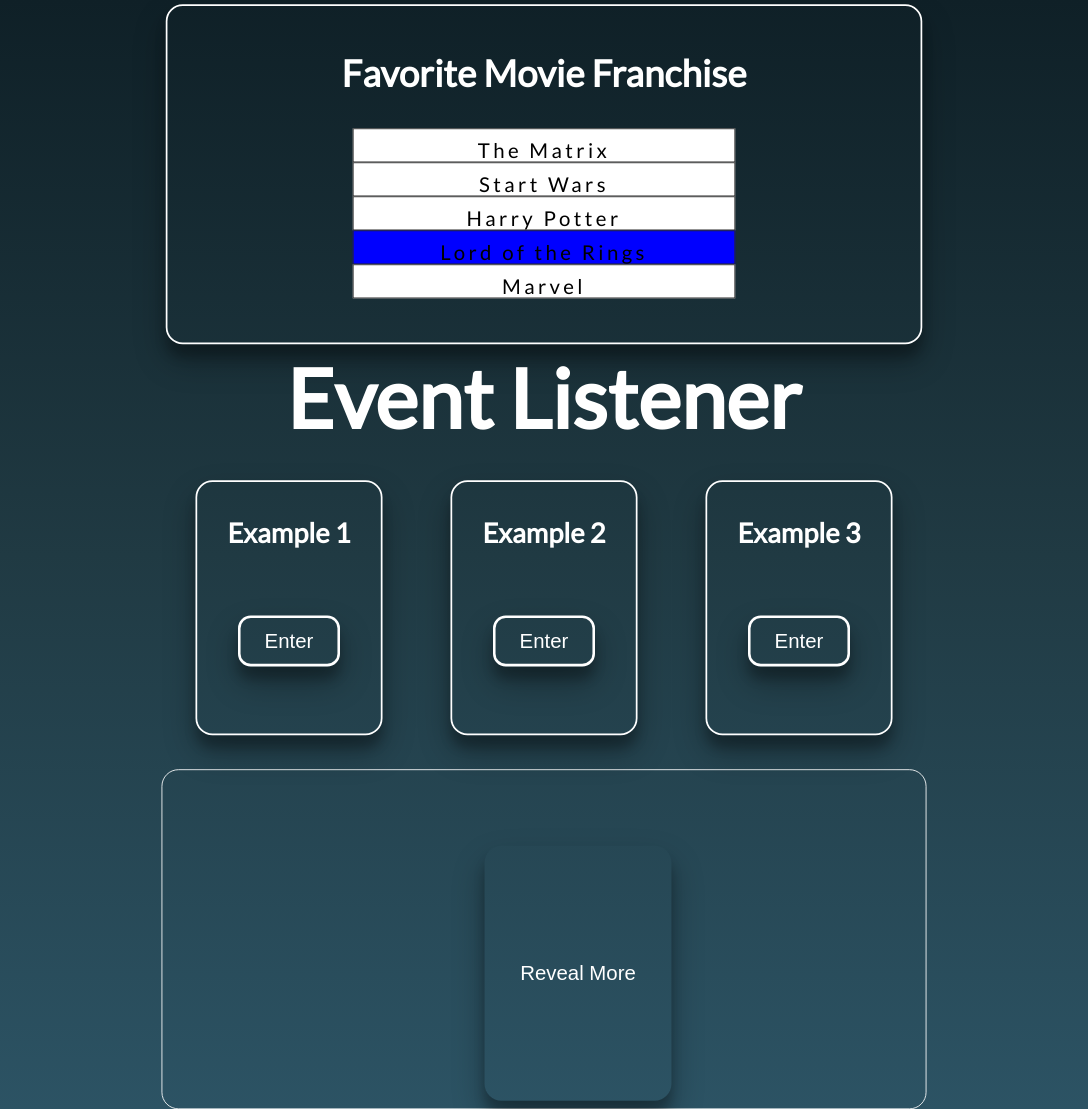
Repository: Ellisvelandia/DOM-Manipulation
Page: index.html
These files come from the project's save history. The page is drawn as it stood at one moment and after a run of saves; the edit follows.
The browser window is 1280 px wide. The pictures show the whole page, at 85% of full size.

Above is the page before, as saved 2022-08-22 19:42:46.

After the next 4 saves:
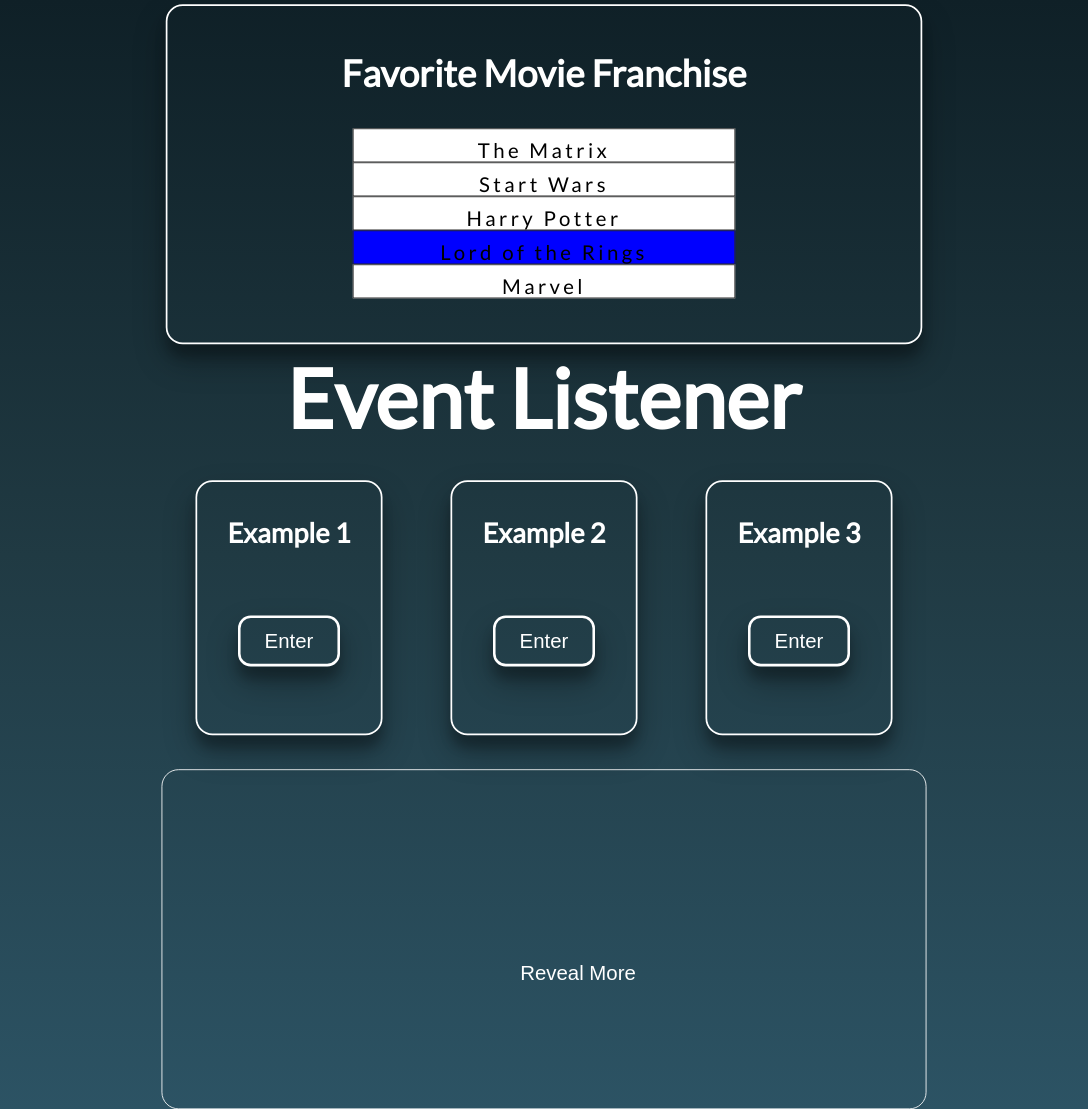
The 4 saves are shown as one change because they came seconds apart.
The last was saved 11 s later.
--- a/style.css
+++ b/style.css
@@ -134,5 +134,5 @@
 
 .reveal-btn {
   border: none;
-  bo
+  box-shadow: none;
 }
